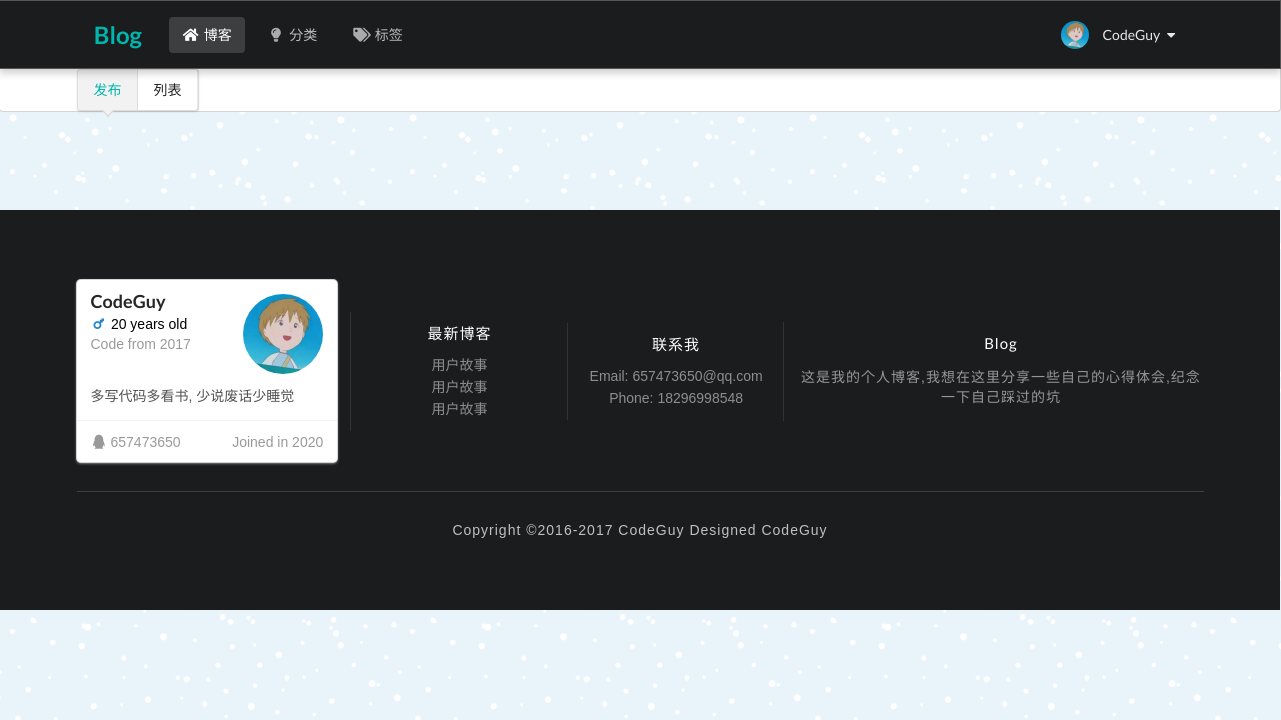
Repository: GOGOHQ/myblog
Page: admin/blog_input.html
These files come from the project's save history. The page is drawn as it stood at one moment and after the next save; the edit follows.
The browser window is 1280 px wide. The page is 1281 px wide, so the pictures cover 1281 px, including what lies to the right of the window. The pictures show the whole page.
Some web libraries are served in a nearby version.

Above is the page before, as saved 2020-01-19 08:55:29.

After the next save:
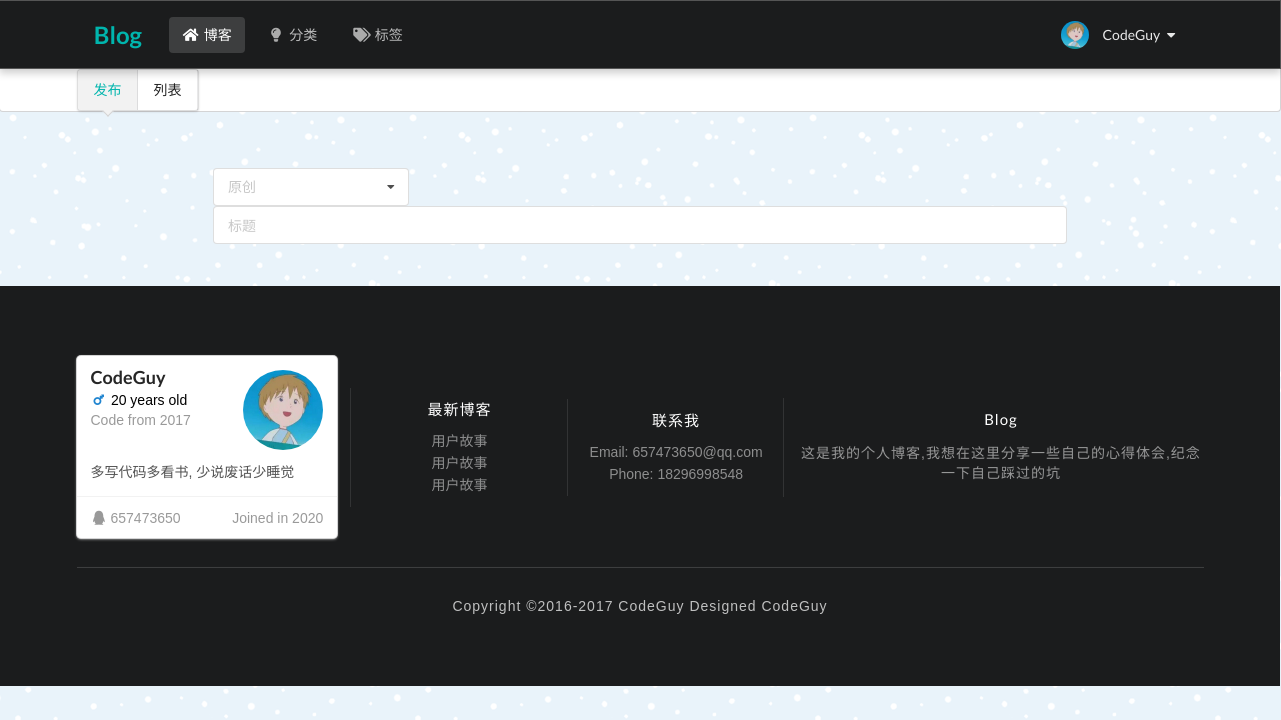
Saved 3 min 25 s later.
--- a/admin/blog_input.html
+++ b/admin/blog_input.html
@@ -49,7 +49,18 @@
 <!-- 内容 -->
 <div class="m-padded-tb-big m-small-container">
     <div class="ui container">
-
+        <form action="#" method="POST" class="ui form">
+            <div class="ui left labeled input">
+                <div class="ui selection dropdown">
+                    <input type="hidden" value="原创">
+                    <i class="dropdown icon"></i>
+                    <div class="default text">原创</div>
+                </div>
+            </div>
+            <div class="field">
+                <input type="text" name="title" placeholder="标题">
+            </div>
+        </form>
     </div>
 </div>
 <!-- 底部 -->
